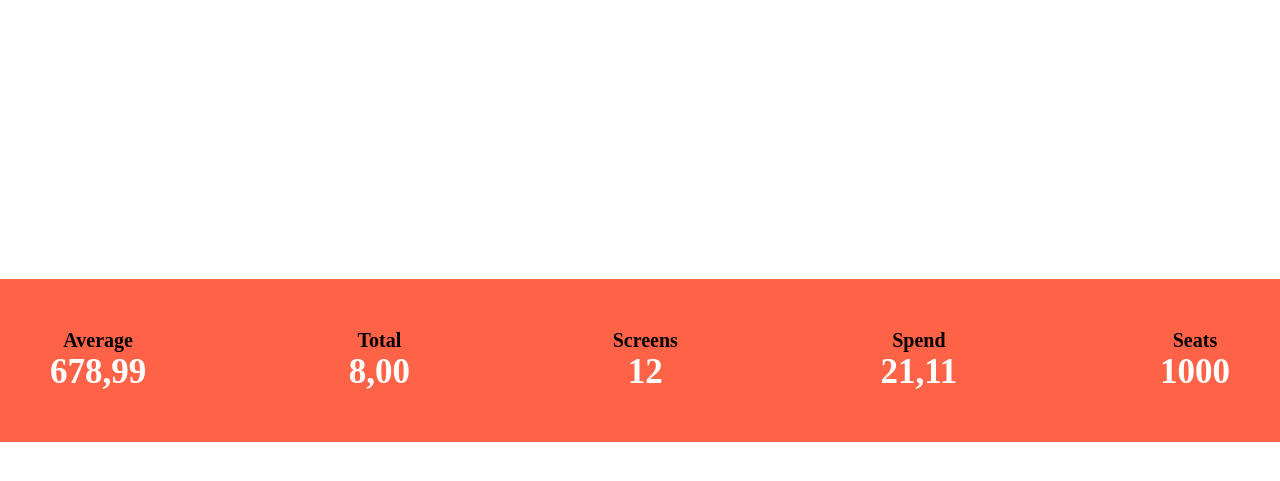
Repository: Dmitriy970411/myDoc1
Page: my-jquery-workings/counter/index.html
An editor plug-in stored every save of this project. The page is shown before and after the next save, followed by the edit.
The browser window is 1280 px wide. The pictures show the whole page.

Above is the page before, as saved 2020-01-23 04:48:54.

After the next save:
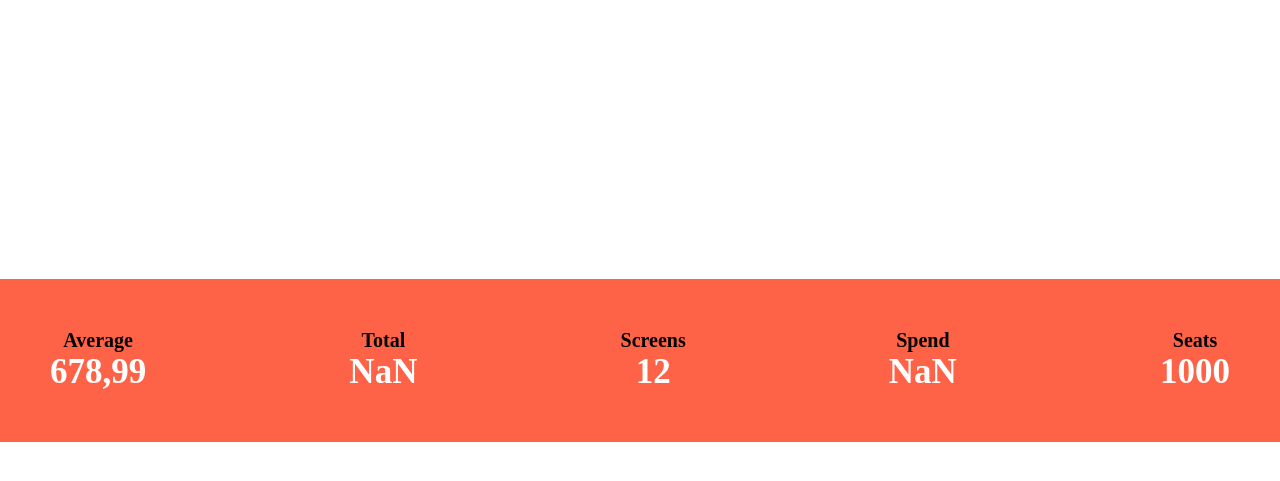
Saved 118 s later.
--- a/my-jquery-workings/counter/index.html
+++ b/my-jquery-workings/counter/index.html
@@ -18,7 +18,7 @@
        </div>
        <div>
           Total
-          <span class="stat-number">8.00</span>
+          <span class="stat-number">8,00</span>
        </div>
           <div>
              Screens
@@ -26,7 +26,7 @@
        </div>
           <div>
              Spend
-          <span class="stat-number">21.11</span>
+          <span class="stat-number">21,11</span>
        </div>
           <div>
              Seats
